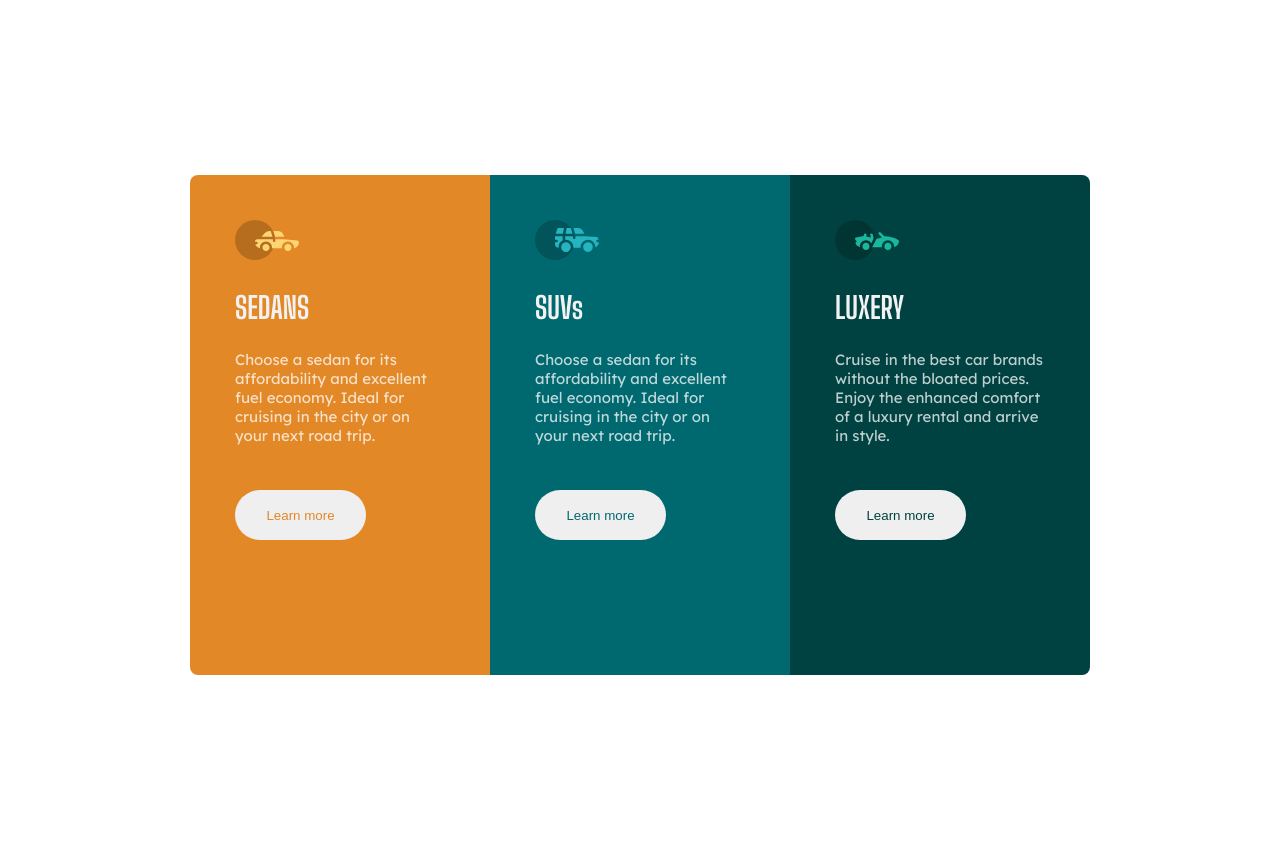
Repository: Toqa-25/3-cards-component
Page: index.html
An editor plug-in stored every save of this project. The page is shown before and after the next save, followed by the edit.
The browser window is 1280 px wide. The pictures show the whole page.

Above is the page before, as saved 2021-07-12 03:46:18.

### index.html
<!DOCTYPE html>
<html lang="en">
<head>
    <meta charset="UTF-8">
    <meta http-equiv="X-UA-Compatible" content="IE=edge">
    <meta name="viewport" content="width=device-width, initial-scale=1.0">
     <!-- css style file -->
     <link rel="stylesheet" href="css/style.css">
     <!-- fonts file -->
     <link rel="preconnect" href="https://fonts.googleapis.com">
        <link rel="preconnect" href="https://fonts.gstatic.com" crossorigin>
        <link href="https://fonts.googleapis.com/css2?family=Lexend+Deca&display=swap" rel="stylesheet">
        <link rel="preconnect" href="https://fonts.googleapis.com">
        <link rel="preconnect" href="https://fonts.gstatic.com" crossorigin>
        <link href="https://fonts.googleapis.com/css2?family=Big+Shoulders+Display:wght@700&display=swap" rel="stylesheet">
<!-- title  -->
    <title> 3 cards componanent</title>
</head>
<body>
    <div class="container" role="main">

        <div class="card">
            <img src="images/icon-sedans.svg" alt="">
            <h1>SEDANS</h1>
            <p>Choose a sedan for its affordability and excellent fuel economy. Ideal for cruising in the city
                or on your next road trip.</p>
                <button class="btn1">Learn more</button>
        </div>
        <div class="card">
            <img src="images/icon-suvs.svg" alt="">
            <h1>SUVs</h1>
            <p>Choose a sedan for its affordability and excellent fuel economy. Ideal for cruising in the city
                or on your next road trip.</p>
                <button class="btn2">Learn more</button>
        </div>
        <div class="card">
            <img src="images/icon-luxury.svg" alt="">
            <h1>LUXERY</h1>
            <p> Cruise in the best car brands without the bloated prices. Enjoy the enhanced comfort of a luxury
                rental and arrive in style.</p>
                <button class="btn3">Learn more</button>
        </div>
    </div>
</body>
</html>

### css/style.css
/* Root value */
:root{
    --Bright-orange: hsl(31, 77%, 52%);
    --Dark-cyan: hsl(184, 100%, 22%);
    --Very-dark-cyan: hsl(179, 100%, 13%);
    --Transparent-white-paragraphs: hsla(0, 0%, 100%, 0.75);
    --Very-light-gray-background-headings-buttons: hsl(0, 0%, 95%);
}

/* global value */
*{
    padding: 0;
    margin:0 ;
    box-sizing: border-box;
}
body{
    Font-size: 15px;
}
.container{
    display: flex;
    justify-content: center;
    margin:175px auto;

    /* flex-wrap: wrap;
 */
}
/* style value */
@media (min-width:1440px){
    .container{
        width: 1440px;
        height: 800px;
        /* margin:175px 265px; */
        flex-direction: row;
    }
    /* button{

            background:transparent;
        color: var(--Very-light-gray-background-headings-buttons);
    } */

}
@media (max-width:400px){
    .container{
        width: 375px;
        flex-direction: column;

    }

}
.card{
    width: 300px;
    height: 500px;
    padding: 45px;

}
.card:first-of-type{
background-color: var(--Bright-orange);
border-top-left-radius: 8px;
border-bottom-left-radius: 8px;
}
.card:nth-of-type(2){
background-color: var(--Dark-cyan);
}
.card:last-of-type{
background-color: var(--Very-dark-cyan);
border-top-right-radius: 8px;
border-bottom-right-radius: 8px;
}
img{
    margin-bottom: 25px;
}
h1{
    font-family: 'Big Shoulders Display', cursive;
    color: var(--Very-light-gray-background-headings-buttons);
    margin-bottom: 25px;

}
p{
    font-family: 'Lexend Deca', sans-serif;
    color:var(--Transparent-white-paragraphs);
    margin-bottom: 45px;
}
button{
    margin-bottom: 45px;
    padding: 10px;
    width: 131px;
    height: 50px;
    border-radius: 30px;
    border-color:var(--Very-light-gray-background-headings-buttons);

}
button{
    border: none;
}
.btn1{
    color:var(--Bright-orange);
}
.btn2{
    color: var(--Dark-cyan);
}
.btn3{
    color:var(--Very-dark-cyan);
}

/* button:first-of-type{
    background-color: transparent;
}
button:nth-of-type(2){
    background-color: var(--Dark-cyan);
}
button:last-of-type{
    background-color: var(--Very-dark-cyan);
} */

After the next save:
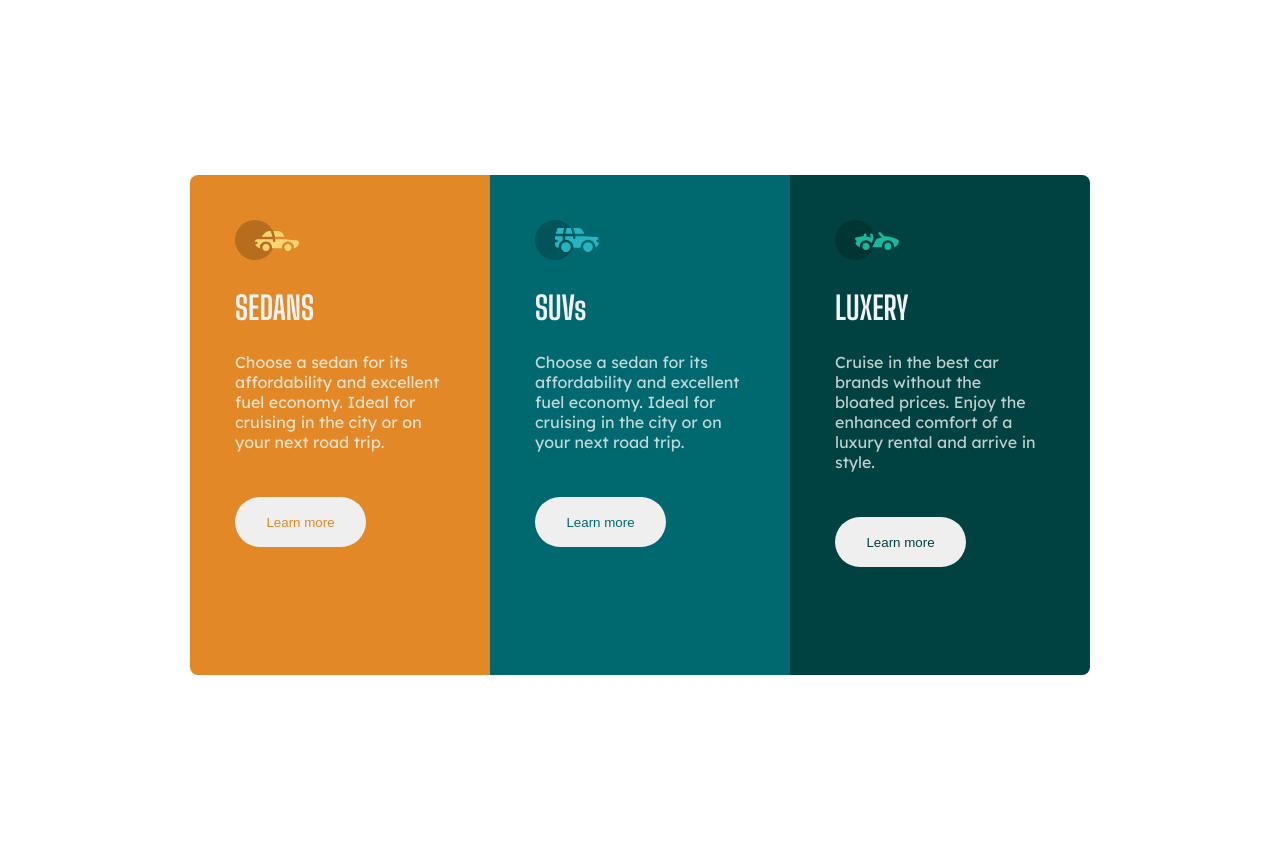
Saved 6 min 45 s later.
--- a/css/style.css
+++ b/css/style.css
@@ -14,7 +14,7 @@
     box-sizing: border-box;
 }
 body{
-    Font-size: 15px;
+
 }
 .container{
     display: flex;
